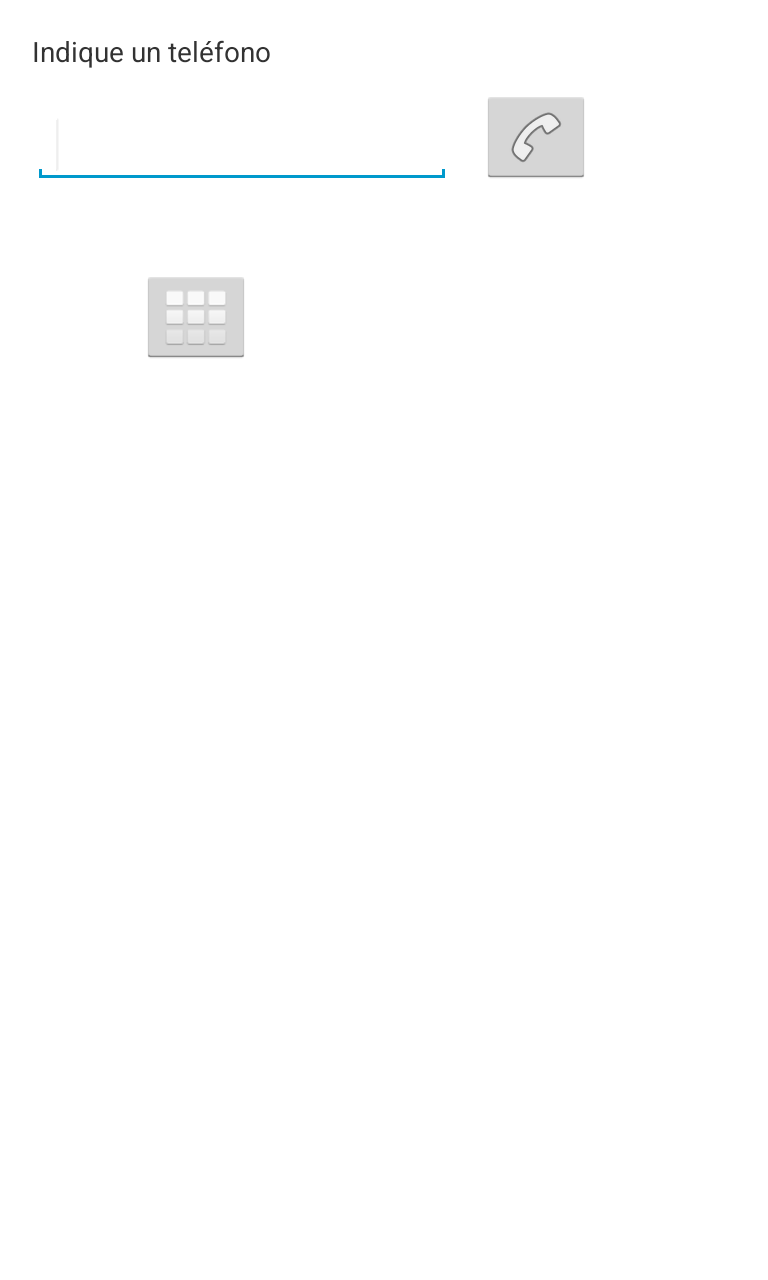
Repository: paullfull21/pmdm
Layout: RealizarLlamada/res/layout/activity_llamada.xml
These files come from the project's save history. The layout is drawn as it stood at one moment and after the next save; the edit follows.
It is drawn on a 768 x 1280 px phone screen (xhdpi) without system bars, with theme AppTheme; the app's code is not run.

Above is the layout before, as saved 2013-10-02 11:36:40.

After the next save:
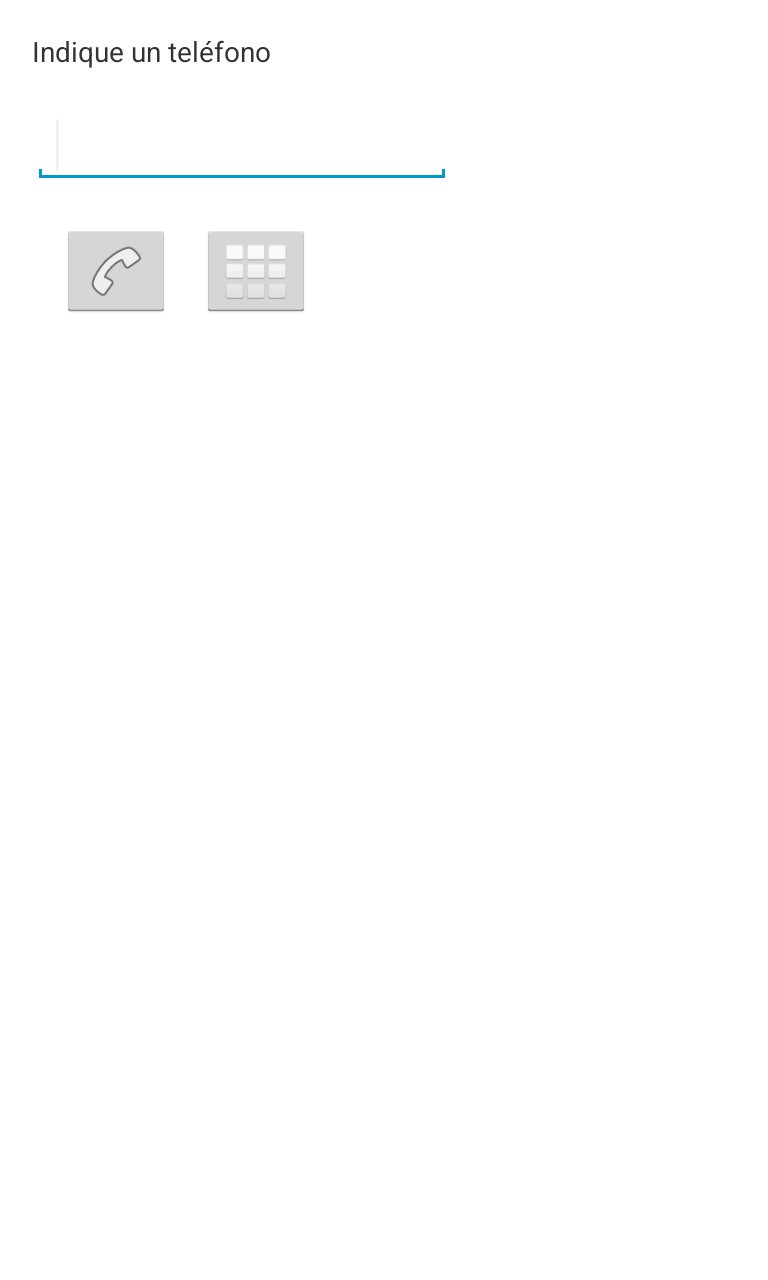
Saved 35 s later.
--- a/RealizarLlamada/res/layout/activity_llamada.xml
+++ b/RealizarLlamada/res/layout/activity_llamada.xml
@@ -31,19 +31,19 @@
         android:id="@+id/buttonCall"
         android:layout_width="wrap_content"
         android:layout_height="wrap_content"
-        android:layout_alignBottom="@+id/phoneNumber"
+        android:layout_alignLeft="@+id/phoneNumber"
+        android:layout_below="@+id/phoneNumber"
         android:layout_marginLeft="14dp"
-        android:layout_toRightOf="@+id/phoneNumber"
+        android:layout_marginTop="19dp"
         android:src="@android:drawable/ic_menu_call" />
 
     <ImageButton
         android:id="@+id/buttonDial"
         android:layout_width="wrap_content"
         android:layout_height="wrap_content"
-        android:layout_alignLeft="@+id/phoneNumber"
-        android:layout_below="@+id/phoneNumber"
-        android:layout_marginLeft="54dp"
-        android:layout_marginTop="42dp"
+        android:layout_alignTop="@+id/buttonCall"
+        android:layout_marginLeft="14dp"
+        android:layout_toRightOf="@+id/buttonCall"
         android:src="@android:drawable/ic_dialog_dialer" />
 
 </RelativeLayout>
